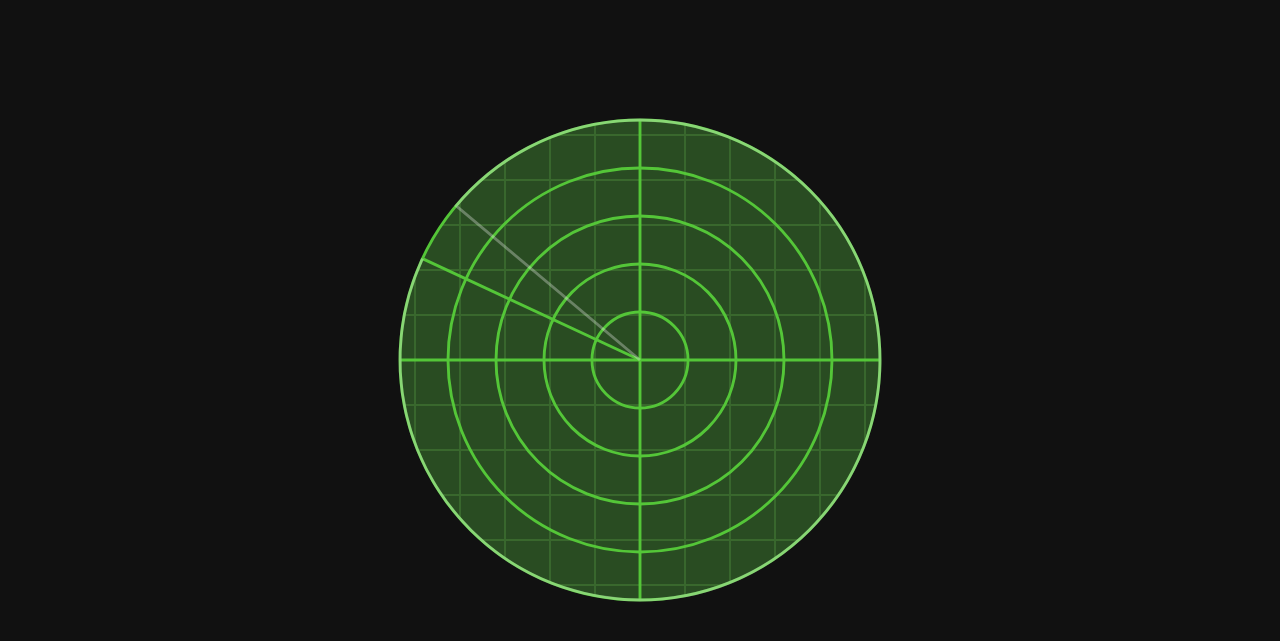
Repository: pedro-mancano/ProjetoCDM204
Page: scripts/radar.html
An editor plug-in stored every save of this project. The page is shown before and after the next save, followed by the edit.
The browser window is 1280 px wide. The pictures show the whole page.

Above is the page before, as saved 2024-11-27 09:08:29.

After the next save:
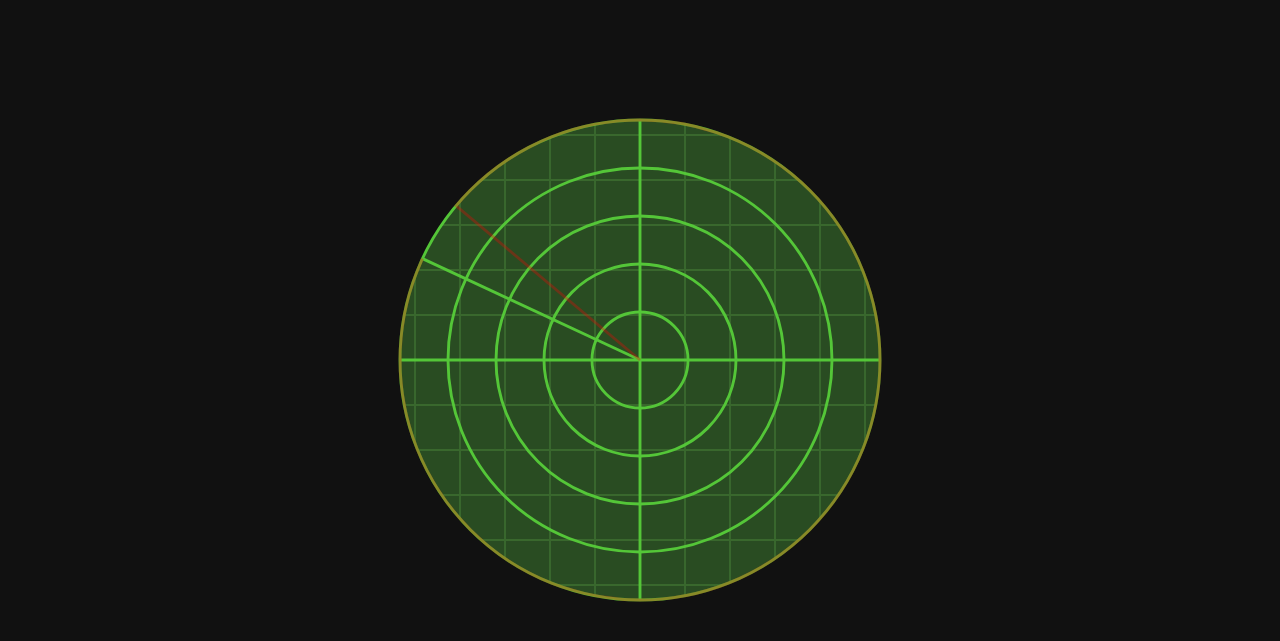
Saved 6 s later.
--- a/scripts/radar.js
+++ b/scripts/radar.js
@@ -79,7 +79,7 @@ function draw(elapsed) {
   ctx.stroke();
 
   // Draw the radar arc sweep (15 deg) low opacity
-  ctx.strokeStyle = '#FFFFFF';
+  ctx.strokeStyle = '#FF0000';
   ctx.lineWidth = 2 * scaleFactor;
   ctx.globalAlpha = 0.3;
   ctx.beginPath();
